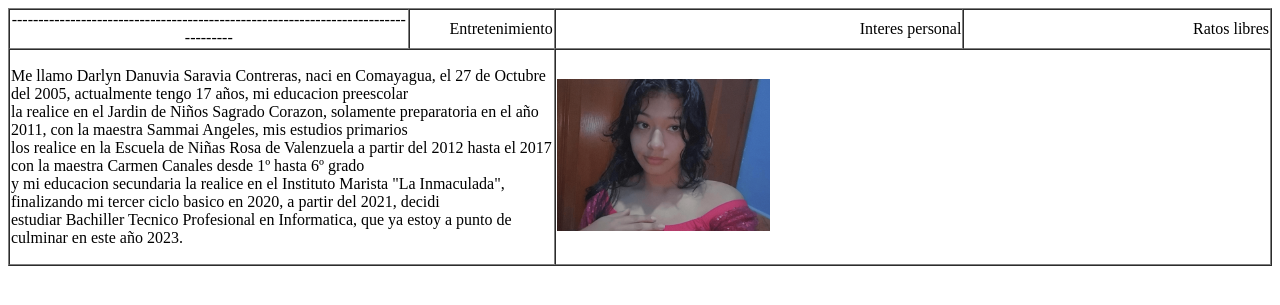
Repository: darlyn-saravia27/portafolio-darlynsaravia
Page: archivoshtml/tareas de html/index.html
An editor plug-in stored every save of this project. The page is shown before and after the next save, followed by the edit.
The browser window is 1280 px wide. The pictures show the whole page.

Above is the page before, as saved 2023-03-04 01:12:03.

After the next save:
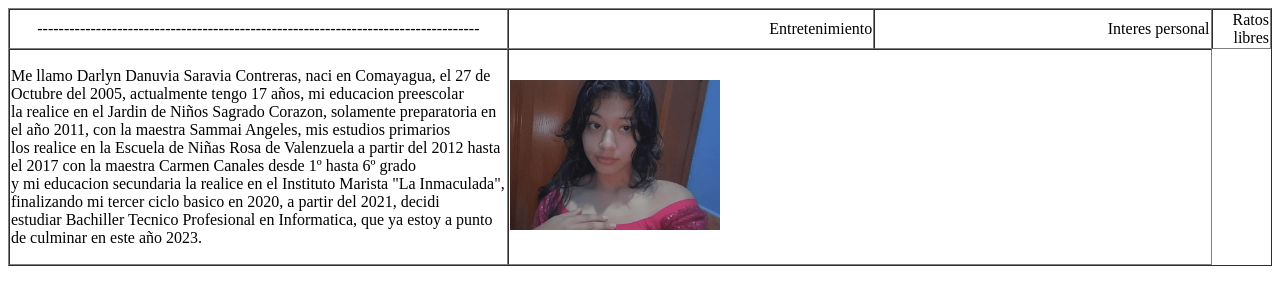
Saved 31 s later.
--- a/archivoshtml/tareas de html/index.html
+++ b/archivoshtml/tareas de html/index.html
@@ -15,7 +15,7 @@
         <td align="right">Ratos libres</td>
     </tr>
     <tr>
-        <td colspan="2">
+        <td>
             <p> Me llamo Darlyn Danuvia Saravia Contreras, naci en Comayagua,
                 el 27 de Octubre del 2005, actualmente tengo 17 años, mi educacion preescolar <br>la realice
                 en el Jardin de Niños Sagrado Corazon, solamente preparatoria en el año 2011,
